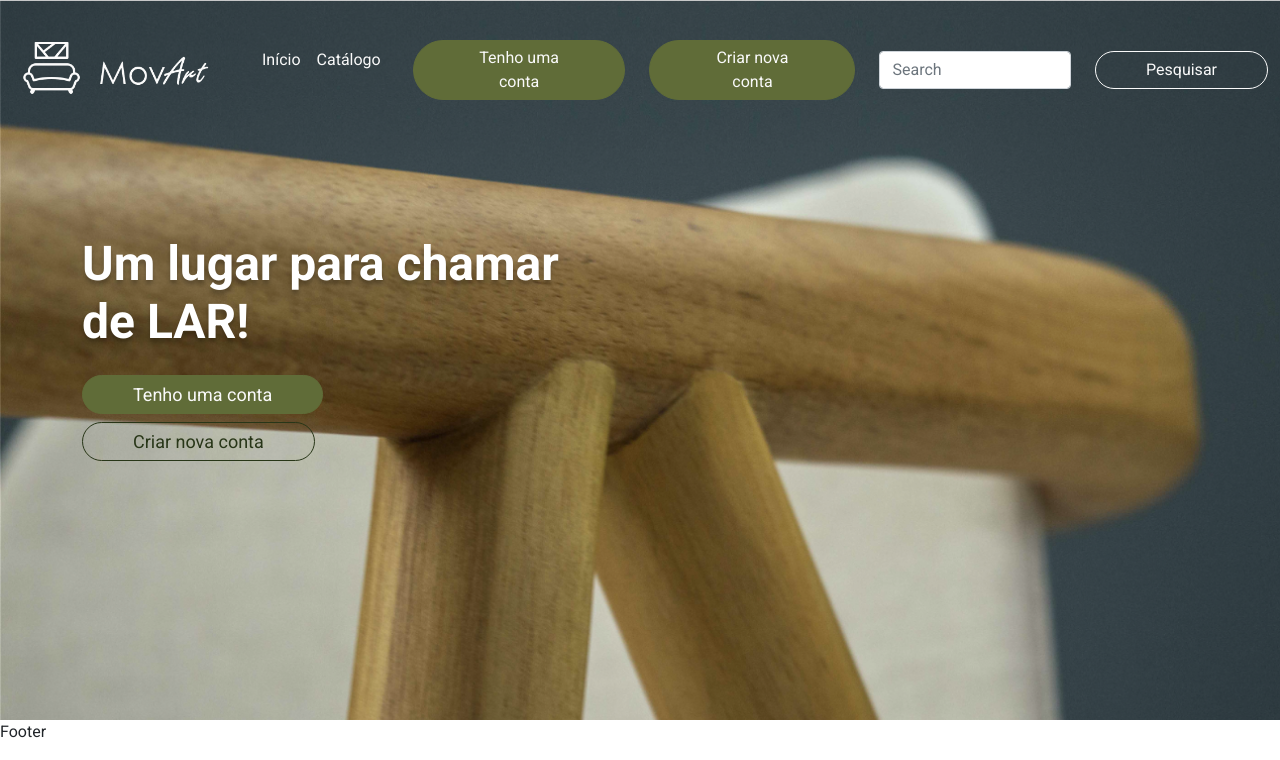
Repository: telesbp/Projeto-4-e-Projeto-5
Page: / (app in front-end/)
The author's editor kept a copy of each file at every save. The page is drawn from the files as they stood at one save, then again after a run of saves.
The browser window is 1280 px wide. The pictures show the whole page.
The project was rebuilt for these pictures with package versions that can differ from the ones it lists, and the page was loaded fresh each time.

Above is the page before, as saved 2022-07-17 19:41:27.

After the next 2 saves:
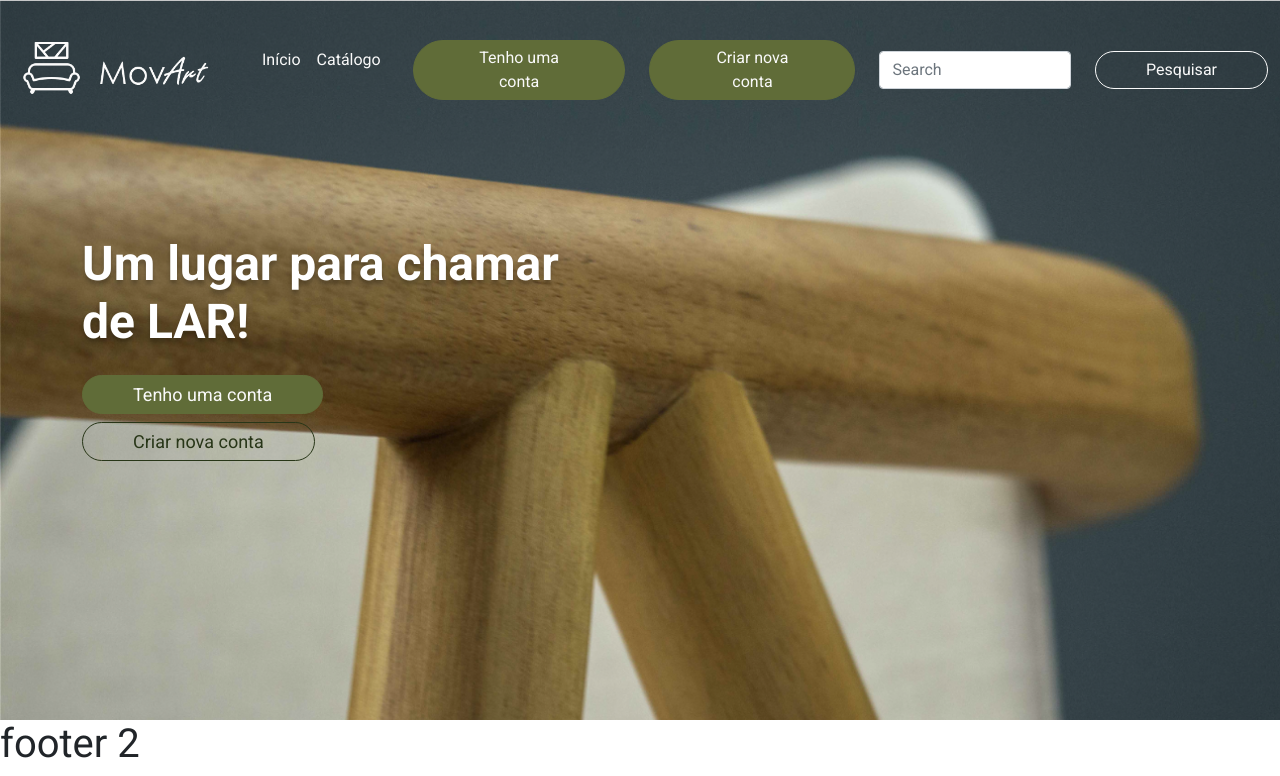
The 2 saves are shown as one change because 1 did not build or start.
The last was saved 23 s later.
--- a/front-end/src/components/Layout/index.tsx
+++ b/front-end/src/components/Layout/index.tsx
@@ -1,3 +1,4 @@
+import { Footer } from "./Footer"
 import { Header } from "./Header"
 
 type Props = {
@@ -8,7 +9,7 @@ export const Layout: React.FC<Props> = ({children}) => {
         <>
             <Header/>
             {children}
-            <p>Footer</p>
+            <Footer/>
         </>
     )
 }
